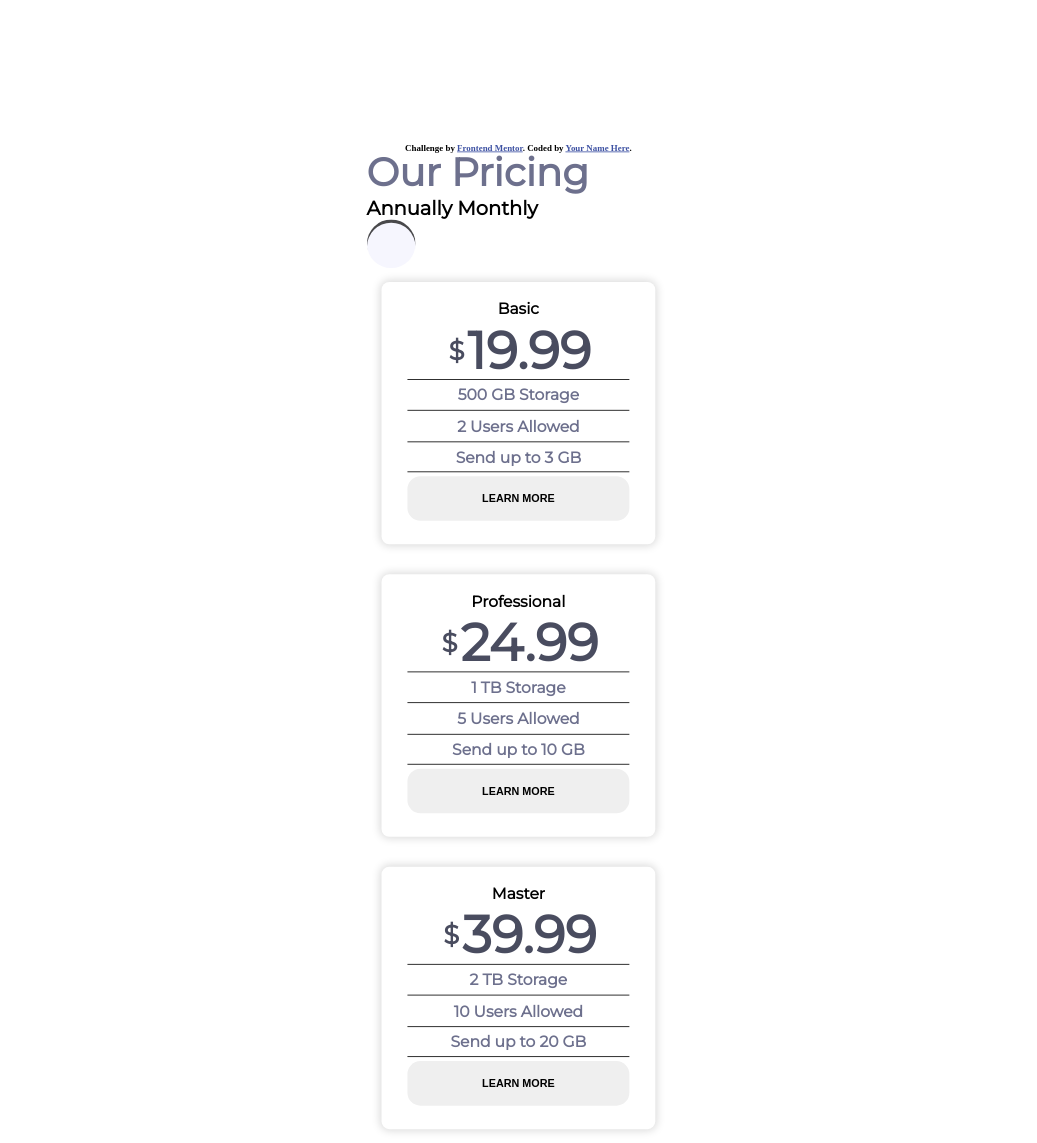
Repository: JuzzJoel/pricing-component-with-toggle-master
Page: index.html
The author's editor kept a copy of each file at every save. The page is drawn from the files as they stood at one save, then again after a run of saves.
The browser window is 1280 px wide. The pictures show the whole page, at 81% of full size.

Above is the page before, as saved 2025-05-24 10:56:10.

### index.html
<!DOCTYPE html>
<html lang="en">
<head>
  <meta charset="UTF-8">
  <meta name="viewport" content="width=device-width, initial-scale=1.0"> <!-- displays site properly based on user's device -->

  <link rel="icon" type="image/png" sizes="32x32" href="./images/favicon-32x32.png">
  <link rel="preconnect" href="https://fonts.googleapis.com">
  <link rel="preconnect" href="https://fonts.gstatic.com" crossorigin>
  <link
    href="https://fonts.googleapis.com/css2?family=Montserrat:ital,wght@700"
    rel="stylesheet">
  <title>Frontend Mentor | [pricing-component-with-toggle-master]</title>
  <style>
    :root{

--linear-gradient: hsl(236, 72%, 79%) to hsl(237, 63%, 64%);

--clr-pri: hsl(240, 78%, 98%);
--clr-pri-acc: hsl(234, 14%, 74%);
--clr-sec: hsl(233, 13%, 49%);
--clr-sec-acc: hsl(232, 13%, 33%);
    }
*,
*::before,
*::after {
    box-sizing: border-box;
}

* {
    margin: 0;
    padding: 0;
    box-sizing: border-box;
}
.visually-hidden:not(:focus):not(:active) {
  clip: rect(0 0 0 0);
  clip-path: inset(50%);
  height: 1px;
  overflow: hidden;
  position: absolute;
  white-space: nowrap;
  width: 1px;
}
    .attribution { font-size: 11px; text-align: center;height: 1vh; }
    .attribution a { color: hsl(228, 45%, 44%); }
body{
  font-size: 0.95rem;
  font-weight: 700;
width: 100vw;
height: 150vh;
display: flex;
align-items: center;
justify-content: center;
flex-direction: column;
}


.container{
  width: 375px;
  height: 100vh;
  font-family: "Montserrat", sans-serif;

}
  .pricing-header{
font-size: 1.5rem;
  }
  .pricing-header h1{
    color: var(--clr-sec);

  }
    .toggle-box{

    }

     .toggle-container{
      width: 50px;
      height: 50px;
      position: relative;
      background: var(--clr-pri);
      padding: 30px;
      border-radius: 3rem;

      box-shadow: inset 0 4px 0 0 rgba(0, 0, 0, 0.7);
     }
     .toggle-slider{
      position: absolute;
      border-radius: 50%;
      left: 10px;
      top: 5px;
     }
     input[type="radio"]{
      display: none;
     }

       .pricing{

       }


   .content-body{
    display: flex;
    flex-direction: column;
    align-items: center;
    width: 100%;
    height: 150vh;
   }
   .content{
    display: flex;
    flex-direction: column;
    align-items: center;
    justify-content: space-evenly;
    width: 90%;
    gap: 20px;
    height: 100%;
   }
   .card-container{
    display: flex;
    flex-direction: column;
    align-items: center;
    justify-content: center;
    width: 100%;
    border-radius: .6rem;

    box-shadow: 0 0 .625rem .125rem rgba(0, 0, 0, 0.15);
    height: 30%;
   }
   .card-container:nth-child(2){
    display: flex;
    flex-direction: column;
    align-items: center;
    justify-content: center;
    width: 100%;
    border-radius: .6rem;

    box-shadow: 0 0 .625rem .125rem rgba(0, 0, 0, 0.15);
    height: 30%;
   }    .card{
          display: flex;
          flex-direction: column;
          align-items: center;
          justify-content: space-between;
          width: 90%;
          height: 85%;
          font-family: "Montserrat", sans-serif;
        }
        .card>*{
          width: inherit;
          display: flex;
          align-items: center;
          justify-content: center;
        }
          .rows-head{
            height: 35%;
            display: flex;
            flex-direction: column;
            align-items: center;
            justify-content: center;
          }
          .rows-head p{
           font-size: 1.2rem;
          }
          .rows-head h1{
            font-size: 4rem;
            color: var(--clr-sec-acc);
            display: flex;
            align-items: center;
           } .rows-head h1 span{
            font-size: 2rem;
            color: var(--clr-sec-acc);
            margin-right: 2%;
           }
          .rows{
            height: 15%;
            border: 1px   solid black;
            border-left: none;
            border-right: none;
            color: var(--clr-sec);
            font-size: 1.2rem;
          }
          .rows:nth-child(3){
            border: none;
          }
          .rows-button{
            height: 25%;
            display: flex;
            align-items: center;
            justify-content: center;
          }
  button{
    width: 100%;
    display: flex;
    align-items: center;
    justify-content: center;
    border-radius: 1rem;
    border: none;
    padding: 1.25rem 2.5rem;
    text-transform: uppercase;
    color: var(--linear-gradient);
    font-weight: 700;
  }

          @media(min-width:1440px){
            .content{
              flex-direction: row;
              justify-content: space-between;
             }
          }
  </style>
</head>
<body>
  <div class="attribution">
    Challenge by <a href="https://www.frontendmentor.io?ref=challenge" target="_blank">Frontend Mentor</a>.
    Coded by <a href="#">Your Name Here</a>.
  </div>


  <div class="container">
    <div class="pricing-header">
      <h1>Our Pricing</h1>
      <div class="toggle-box">
        Annually
        Monthly
        <div class="toggle-container">

          <input type="radio" class="pricing" id="price-annnual">
          <label for=""></label>

          <input type="radio" class="pricing" id="price-month">
          <label for=""></label>

          <div class="toggle-slider"></div>
        </div>
      </div>
      <div class="content-body">
        <div class="content">
          <div class="card-container">
<div class="card">
            <div class="rows-head">
              <p>Basic</p>
         <h1>  <span>&dollar;</span>
          19.99
           <i class="visually-hidden">&dollar;199.99</i>
           </h1>
          </div>
            <div class="rows">500 GB Storage</div>
            <div class="rows">2 Users Allowed</div>
            <div class="rows">Send up to 3 GB</div>
            <div class="rows-button"><button>Learn More</button></div>
          </div>
          </div>

          <div class="card-container">
            <div class="card">
            <div class="rows-head">
              <p>Professional</p>
              <h1> <span>&dollar;</span>24.99
                <i class="visually-hidden">&dollar;249.99</i>
           </h1>
          </div>
            <div class="rows">1 TB Storage</div>
            <div class="rows">5 Users Allowed</div>
            <div class="rows">Send up to 10 GB</div>
            <div class="rows-button"><button>Learn More</button></div>
          </div>
          </div>
          <div class="card-container">
            <div class="card">
            <div class="rows-head">
              <p>Master</p>
              <h1> <span>&dollar;</span>39.99
                <i class="visually-hidden">&dollar;399.99</i>
          </h1>
          </div>
            <div class="rows">2 TB Storage</div>
            <div class="rows">10 Users Allowed</div>
            <div class="rows">Send up to 20 GB</div>
            <div class="rows-button"><button>Learn More</button></div>
          </div>
          </div>
        </div>
      </div>
    </div>
  </div>


</body>
</html>

After the next 3 saves:
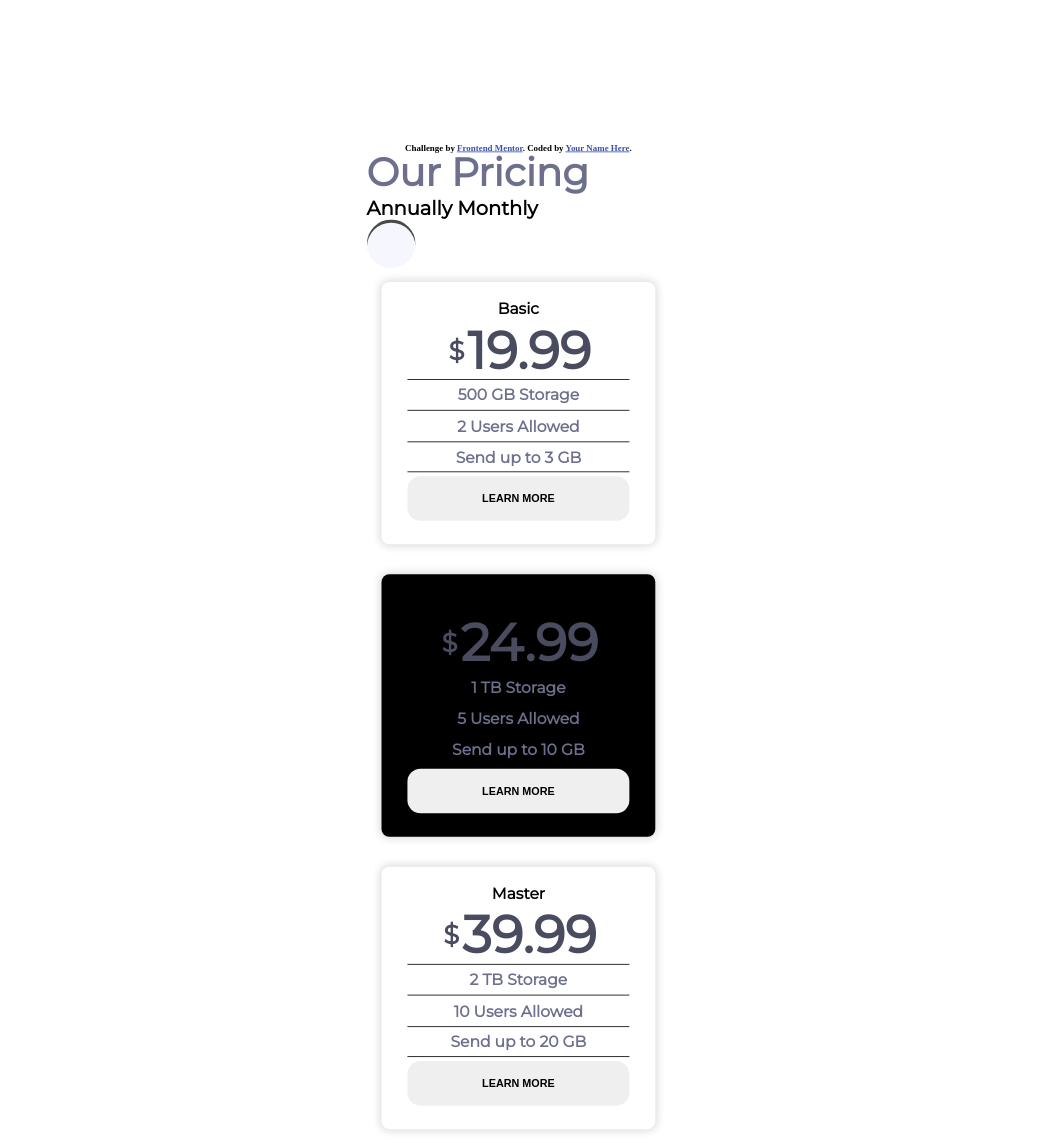
The 3 saves are shown as one change because they came seconds apart.
The last was saved 11 s later.
--- a/index.html
+++ b/index.html
@@ -125,15 +125,7 @@ font-size: 1.5rem;
     height: 30%;
    }
    .card-container:nth-child(2){
-    display: flex;
-    flex-direction: column;
-    align-items: center;
-    justify-content: center;
-    width: 100%;
-    border-radius: .6rem;
-
-    box-shadow: 0 0 .625rem .125rem rgba(0, 0, 0, 0.15);
-    height: 30%;
+  background: #000;
    }    .card{
           display: flex;
           flex-direction: column;
